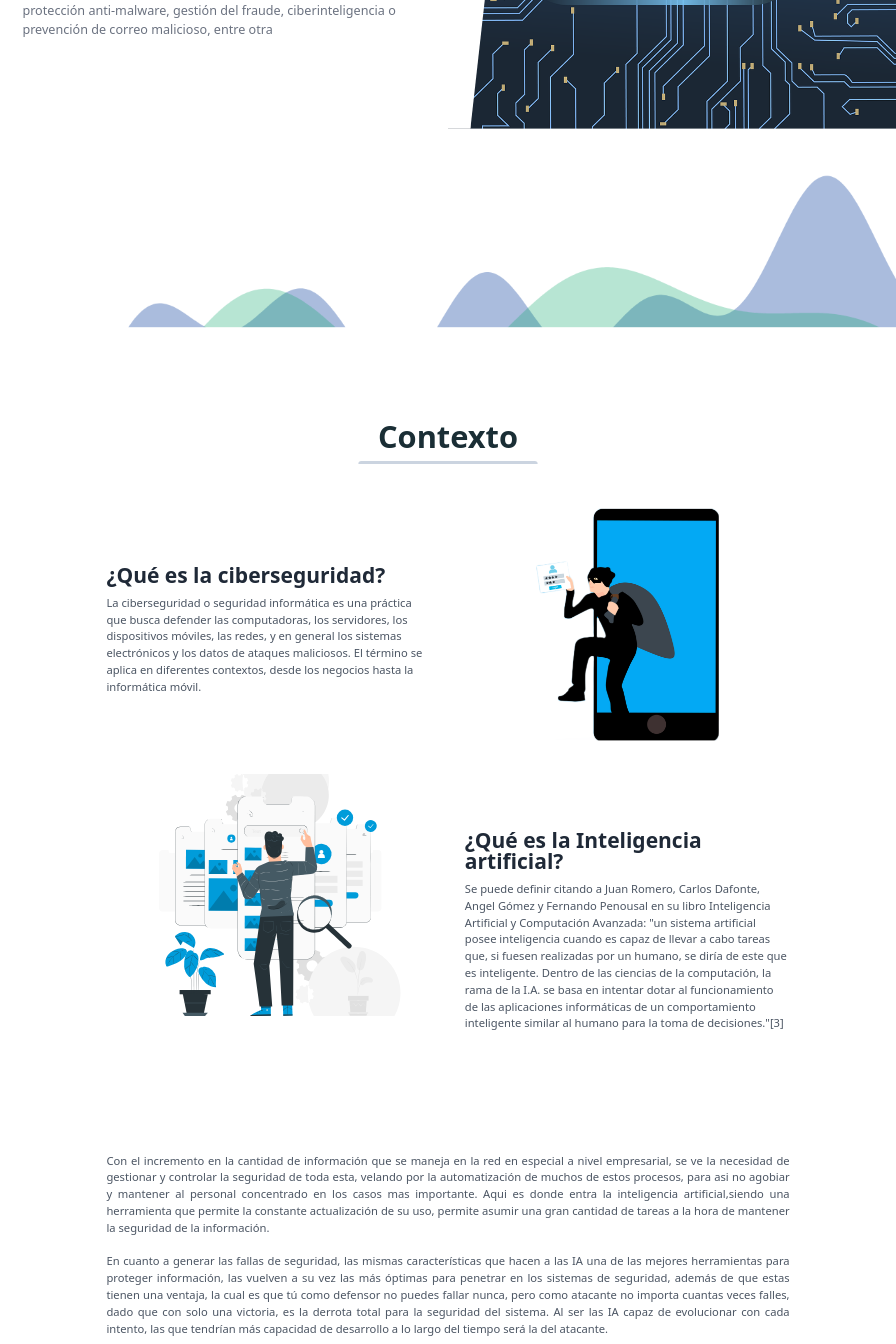
Repository: cardacar/fdi-2022
Page: /
An editor plug-in stored every save of this project. The page is shown before and after the next save, followed by the edit.
The browser window is 1280 px wide. The pictures show the part of the page from y = 674 to 2594 px (the page is 5042 px tall before and 5570 px after), at 70% of full size.
The project was rebuilt for these pictures with package versions that can differ from the ones it lists, and the page was loaded fresh each time. The framework's server and built-in components were replaced by stand-ins that run in the browser. Also part of the build but not shown: next.config.js.

Above is the page before, as saved 2022-08-07 16:22:17.

### src/pages/index.tsx
import React from 'react';

import About from '../components/About';
import Canvas from '../components/Canvas';
import Features from '../components/Features';
import Header from '../components/Header';
import LazyShow from '../components/LazyShow';
import MainHero from '../components/MainHero';
import MainHeroImage from '../components/MainHeroImage';
import Pricing from '../components/Pricing';
import Product from '../components/Product';
import Necesidad from '../components/Necesidad';

const App = () => {
  return (
    <div className={`bg-background grid gap-y-16 overflow-hidden`}>
      <div className={`relative bg-background`}>
        <div className="max-w-7xl mx-auto">
          <div
            className={`relative z-10 pb-8 bg-background sm:pb-16 md:pb-20 lg:max-w-2xl lg:w-full lg:pb-28 xl:pb-32`}
          >
            <Header />
            <MainHero />
          </div>
        </div>
        <MainHeroImage />
      </div>
      <Canvas />
      <LazyShow>
        <>
          <Product />
          <Canvas />
        </>
      </LazyShow>
      <LazyShow>
        <>
          <Features />

        </>
      </LazyShow>
      <LazyShow>
        <>
          <Necesidad />

        </>
      </LazyShow>

      <LazyShow>
        <>
          <Canvas />

        <Pricing />
        </>
      </LazyShow>
      <LazyShow>
        <>
          <About />
        </>
      </LazyShow>
    </div>
  );
};

export default App;

### src/styles/main.css
@tailwind base;
@tailwind components;
@tailwind utilities;


:root {
  --color-primary: #11626D;
  --color-secondary: #1F9BAD;
  --color-tertiaty: #99a0a3;
}

a {
  @apply text-blue-800;
}

a:hover {
  @apply border-b-2 border-blue-900;
}



.content p {
  @apply my-6;
}

.content ul {
  @apply my-6;
}

### src/utils/AppConfig.ts
export const AppConfig = {
  site_name: 'FDICIA',
  title: 'Cómo influye la Inteligencia Artificial a la ciberseguridad en las empresas Colombianas',
  description: '',
  locale: 'es',
};

### src/components/About.tsx
import React from 'react';

import config from '../config/index.json';

const About = () => {
  const { company } = config;
  const { logo, name: companyName } = company;


  return (
    <div
      id="about"
      className="mx-auto container xl:px-20 lg:px-12 sm:px-6 px-4 py-12"
    >
      <div className="flex flex-col items-center justify-center">
        <div>
          <img src={logo} alt={companyName} className="w-16 h-16" style={{color: 'red'}}/>
        </div>
        <div className="flex items-center mt-6">
          <p className="mt-6 text-xs lg:text-sm leading-none text-gray-900 dark:text-gray-50">
            &copy; {new Date().getFullYear()} Diseñado por{' '}
            <a href="#" rel="nofollow">
              Equipo de Fundamentos de investigación
            </a>
          </p>
        </div>
      </div>
    </div>
  );
};
export default About;

### src/components/Canvas.tsx
import { useRef, FC, useEffect, useState } from 'react';

import { CanvasContext } from '../hooks/useCanvas';
import useResponsiveSize from '../hooks/useResponsiveSize';
import Wave from './Wave';

const Canvas: FC = () => {
  const canvasRef = useRef<HTMLCanvasElement>(null);
  const { width } = useResponsiveSize();
  const [context, setContext] = useState<
    CanvasRenderingContext2D | undefined
  >();

  useEffect(() => {
    const ctx = canvasRef?.current?.getContext('2d');
    if (ctx) setContext(ctx);
  }, []);

  return (
    <>
      <CanvasContext.Provider value={{ context }}>
        <canvas id="canvas" ref={canvasRef} width={width} height={220}></canvas>
        <Wave />
      </CanvasContext.Provider>
    </>
  );
};

export default Canvas;

### src/components/Features.tsx
import React from 'react';

import config from '../config/index.json';

const Features = () => {
  const { features } = config;
  const { title, subtitle, description, items: featuresList } = features;
  return (
    <div className={`py-12 bg-background`} id="features">
      <div className="max-w-7xl mx-auto px-4 sm:px-6 lg:px-8">
        <div className="lg:text-center">
          <h2
            className={`text-base text-primary font-semibold tracking-wide uppercase`}
          >
            {title}
          </h2>
          <p className="mt-2 text-3xl leading-8 font-extrabold tracking-tight text-gray-900 sm:text-4xl">
            {subtitle}
          </p>
          <p className="mt-4 max-w-2xl text-xl text-gray-500 lg:mx-auto">
            {description}
          </p>
        </div>

        <div className="mt-10">
          <dl className="space-y-10 md:space-y-0 md:grid md:grid-cols-2 md:gap-x-8 md:gap-y-10">
            {featuresList.map((feature) => (
              <div key={feature.name} className="relative">
                <dt>
                  <div
                    className={`absolute flex items-center justify-center h-12 w-12 rounded-md bg-background text-tertiary border-primary border-4`}
                  >
                    <img
                      className={`inline-block h-6 w-6`}
                      src={feature.icon}
                      alt={feature.name}
                    />
                  </div>
                  <p className="ml-16 text-lg leading-6 font-medium text-gray-900">
                    {feature.name}
                  </p>
                </dt>
                <dd className="mt-2 ml-16 text-base text-gray-500">
                  {feature.description}
                </dd>
              </div>
            ))}
          </dl>
        </div>
      </div>
    </div>
  );
};

export default Features;

### src/components/Header.tsx
import React, { Fragment } from 'react';

import { Popover, Transition } from '@headlessui/react';
import { MenuIcon, XIcon } from '@heroicons/react/outline';
import { Link } from 'react-scroll';

import config from '../config/index.json';

const Menu = () => {
  const { navigation, company } = config;
  const { name: companyName, logo } = company;

  return (
    <>
      <svg
        className={`hidden lg:block absolute right-0 inset-y-0 h-full w-48 text-background transform translate-x-1/2`}
        fill="currentColor"
        viewBox="0 0 100 100"
        preserveAspectRatio="none"
        aria-hidden="true"
      >
        <polygon points="50,0 100,0 50,100 0,100" />
      </svg>

      <Popover>
        <div className="relative pt-6 px-4 sm:px-6 lg:px-8">
          <nav
            className="relative flex items-center justify-between sm:h-10 lg:justify-start"
            aria-label="Global"
          >
            <div className="flex items-center flex-grow flex-shrink-0 lg:flex-grow-0">
              <div className="flex items-center justify-between w-full md:w-auto">
                <a href="#">
                  <span className="sr-only">{companyName}</span>
                  <img alt="logo" className="h-16 w-auto sm:h-16" src={logo} />
                </a>
                <div className="-mr-2 flex items-center md:hidden">
                  <Popover.Button
                    className={`bg-background rounded-md p-2 inline-flex items-center justify-center text-gray-400 hover:text-gray-500 hover:bg-gray-100 focus:outline-none focus:ring-2 focus:ring-inset focus:ring-secondary`}
                  >
                    <span className="sr-only">Open main menu</span>
                    <MenuIcon className="h-6 w-6" aria-hidden="true" />
                  </Popover.Button>
                </div>
              </div>
            </div>
            <div className="hidden md:block md:ml-10 md:pr-4 md:space-x-8">
              {navigation.map((item) => (
                <Link
                  spy={true}
                  active="active"
                  smooth={true}
                  duration={1000}
                  key={item.name}
                  to={item.href}
                  className="font-medium text-gray-500 hover:text-gray-900"
                >
                  {item.name}
                </Link>
              ))}
            </div>
          </nav>
        </div>

        <Transition
          as={Fragment}
          enter="duration-150 ease-out"
          enterFrom="opacity-0 scale-95"
          enterTo="opacity-100 scale-100"
          leave="duration-100 ease-in"
          leaveFrom="opacity-100 scale-100"
          leaveTo="opacity-0 scale-95"
        >
          <Popover.Panel
            focus
            className="absolute z-10 top-0 inset-x-0 p-2 transition transform origin-top-right md:hidden"
          >
            <div
              className={`rounded-lg shadow-md bg-background ring-1 ring-black ring-opacity-5 overflow-hidden`}
            >
              <div className="px-5 pt-4 flex items-center justify-between">
                <div>
                  <img className="h-8 w-auto" src={logo} alt="" />
                </div>
                <div className="-mr-2">
                  <Popover.Button
                    className={`bg-background rounded-md p-2 inline-flex items-center justify-center text-gray-400 hover:text-gray-500 hover:bg-gray-100 focus:outline-none focus:ring-2 focus:ring-inset focus:ring-secondary`}
                  >
                    <span className="sr-only">Close main menu</span>
                    <XIcon className="h-6 w-6" aria-hidden="true" />
                  </Popover.Button>
                </div>
              </div>
              <div className="px-2 pt-2 pb-3 space-y-1">
                {navigation.map((item) => (
                  <Link
                    spy={true}
                    active="active"
                    smooth={true}
                    duration={1000}
                    key={item.name}
                    to={item.href}
                    className="block px-3 py-2 rounded-md text-base font-medium text-gray-700 hover:text-gray-900 hover:bg-gray-50"
                  >
                    {item.name}
                  </Link>
                ))}
              </div>

            </div>
          </Popover.Panel>
        </Transition>
      </Popover>
    </>
  );
};

export default Menu;

### src/components/LazyShow.tsx
import React, { MutableRefObject, useEffect, useRef, useState } from 'react';

import { motion, useAnimation } from 'framer-motion';

function useOnScreen(
  ref: MutableRefObject<HTMLDivElement | null>,
  rootMargin = '0px'
) {
  const [isIntersecting, setIntersecting] = useState(false);

  useEffect(() => {
    let currentRef: any = null;
    const observer = new IntersectionObserver(
      ([entry]) => {
        if (entry?.isIntersecting) setIntersecting(entry?.isIntersecting);
      },
      {
        rootMargin,
      }
    );
    if (ref && ref?.current) {
      currentRef = ref.current;
      observer.observe(currentRef);
    }
    return () => {
      observer.unobserve(currentRef);
    };
  }, [ref, rootMargin]); // Empty array ensures that effect is only run on mount and unmount

  return isIntersecting;
}

const LazyShow = ({ children }: { children: React.ReactChild }) => {
  const controls = useAnimation();
  const rootRef = useRef<HTMLDivElement>(null);
  const onScreen = useOnScreen(rootRef);
  useEffect(() => {
    if (onScreen) {
      controls.start({
        x: 0,
        opacity: 1,
        transition: {
          duration: 0.5,
          ease: 'easeOut',
        },
      });
    }
  }, [onScreen, controls]);
  return (
    <motion.div
      className="lazy-div"
      ref={rootRef}
      initial={{ opacity: 0, x: -50 }}
      animate={controls}
    >
      {children}
    </motion.div>
  );
};

export default LazyShow;

### src/components/MainHero.tsx
import React from 'react';

import config from '../config/index.json';

const MainHero = () => {
  const { mainHero } = config;
  return (
    <main className="mt-10 mx-auto max-w-7xl px-4 sm:mt-12 sm:px-6 md:mt-16 lg:mt-20 lg:px-8 xl:mt-28">
      <div className="sm:text-center lg:text-left">
        <h1 className="text-4xl tracking-tight font-extrabold text-gray-900 sm:text-5xl md:text-6xl">
          <span className="block xl:inline">{mainHero.title}</span>{' '}
          <span className={`block text-primary xl:inline`}>
            {mainHero.subtitle}
          </span>
        </h1>
        <p className="mt-3 text-base text-gray-500 sm:mt-5 sm:text-lg sm:max-w-xl sm:mx-auto md:mt-5 md:text-xl lg:mx-0">
          {mainHero.description}
        </p>
      </div>
    </main>
  );
};

export default MainHero;

### src/components/Product.tsx
import React from "react";

import config from "../config/index.json";
import Divider from "./Divider";

const Product = () => {
  const { product } = config;
  const [firstItem, secondItem] = product.items;

  return (
    <section className={`bg-background py-8`} id="product">
      <div className={`container max-w-5xl mx-auto m-8`}>
        <h1
          className={`w-full my-2 text-5xl font-bold leading-tight text-center text-primary`}
        >
          {product.title.split(" ").map((word, index) => (
            <span
              key={index}
              className={index % 2 ? "text-primary" : "text-border"}
            >
              {word}{" "}
            </span>
          ))}
        </h1>
        <Divider />
        <div className={`flex flex-wrap`}>
          <div className={`w-5/6 sm:w-1/2 p-6 mt-20`}>
            <h3
              className={`text-3xl text-gray-800 font-bold leading-none mb-3`}
            >
              {firstItem?.title}
            </h3>
            <p className={`text-gray-600`}>{firstItem?.description}</p>
          </div>
          <div className={`w-full sm:w-1/2 p-6`}>
            <img
              className="h-6/6"
              src={firstItem?.img}
              alt={firstItem?.title}
            />
          </div>
        </div>
        <div className={`flex flex-wrap flex-col-reverse sm:flex-row`}>
          <div className={`w-full sm:w-1/2 p-6`}>
            <img
              className="h-6/6"
              src={secondItem?.img}
              alt={secondItem?.title}
            />
          </div>
          <div className={`w-full sm:w-1/2 p-6 mt-20`}>
            <div className={`align-middle`}>
              <h3
                className={`text-3xl text-gray-800 font-bold leading-none mb-3`}
              >
                {secondItem?.title}
              </h3>
              <p className={`text-gray-600 mb-8`}>{secondItem?.description}</p>
            </div>
          </div>
          <div className={`w-full p-6 mt-20 text-center`}>
            <div className={`align-middle`}>
              <h3
                className={`text-3xl text-gray-800 font-bold leading-none mb-3`}
              >
              </h3>
              <p className={`text-gray-600 mb-8 text-justify`}>
                Con el incremento en la cantidad de información que se maneja en
                la red en especial a nivel empresarial, se ve la necesidad de
                gestionar y controlar la seguridad de toda esta, velando por la
                automatización de muchos de estos procesos, para asi no agobiar
                y mantener al personal concentrado en los casos mas importante.
                Aqui es donde entra la inteligencia artificial,siendo una
                herramienta que permite la constante actualización de su uso,
                permite asumir una gran cantidad de tareas a la hora de mantener
                la seguridad de la información.<br></br><br></br> En cuanto a generar las fallas
                de seguridad, las mismas características que hacen a las IA una
                de las mejores herramientas para proteger información, las
                vuelven a su vez las más óptimas para penetrar en los sistemas
                de seguridad, además de que estas tienen una ventaja, la cual es
                que tú como defensor no puedes fallar nunca, pero como atacante
                no importa cuantas veces falles, dado que con solo una victoria,
                es la derrota total para la seguridad del sistema. Al ser las IA
                capaz de evolucionar con cada intento, las que tendrían más
                capacidad de desarrollo a lo largo del tiempo será la del
                atacante.
              </p>
            </div>
          </div>
        </div>
      </div>
    </section>
  );
};

export default Product;

### src/components/Necesidad.tsx
import React from 'react';

import config from '../config/index.json';

const Necesidad = () => {
  const { Necesidad } = config;
  const { title, subtitle, description, items: featuresList } = Necesidad;
  return (
    <div className={`py-12 bg-background`} id="necesidad">
      <div className="max-w-7xl mx-auto px-4 sm:px-6 lg:px-8">
        <div className="lg:text-center">
          <h2
            className={`text-base text-primary font-semibold tracking-wide uppercase`}
          >
            {title}
          </h2>
          <p className="mt-2 text-3xl leading-8 font-extrabold tracking-tight text-gray-900 sm:text-4xl">
            {subtitle}
          </p>
          <p className="mt-4 max-w-2xl text-xl text-gray-500 lg:mx-auto">
            {description}
          </p>
        </div>

        <div className="mt-10">
          <dl className="space-y-10 md:space-y-0 md:grid md:grid-cols-2 md:gap-x-8 md:gap-y-10">
            {featuresList.map((feature) => (
              <div key={feature.name} className="relative">
                <dt>
                  <p className="ml-16 text-lg leading-6 font-medium text-gray-900">
                    {feature.name}
                  </p>
                </dt>
                <dd className="mt-2 ml-16 text-base text-gray-500">
                  {feature.description}
                </dd>
              </div>
            ))}
          </dl>
        </div>
      </div>
    </div>
  );
};

export default Necesidad;

### src/components/Wave.tsx
import { FC } from 'react';

import { useCanvasContext } from '../hooks/useCanvas';
import useResponsiveSize from '../hooks/useResponsiveSize';
import WaveObj from '../utils/wave';

const Wave: FC = () => {
  const { context } = useCanvasContext();
  const { width } = useResponsiveSize();
  const height = 600;
  let frequency = 0.013;
  const waves = {
    frontWave: new WaveObj([0.0211, 0.028, 0.015], 'rgb(44, 89, 171, 0.4)'),
    backWave: new WaveObj([0.0122, 0.018, 0.005], 'rgb(17, 169, 111, 0.3)'),
  };

  const render = () => {
    context?.clearRect(0, 0, width, height);
    Object.entries(waves).forEach(([, wave]) => {
      wave.draw(context!, width, height, frequency);
    });
    frequency += 0.013;
    requestAnimationFrame(render);
  };
  if (context) render();
  return null;
};

export default Wave;

### src/components/Problema.tsx
import React from 'react';

import config from '../config/index.json';

const Problema = () => {
  const { features } = config;
  const { title, subtitle, description, items: featuresList } = features;
  return (
    <div className={`py-12 bg-background`} id="problema">
      <div className="max-w-7xl mx-auto px-4 sm:px-6 lg:px-8">
        <div className="lg:text-center">
          <h2
            className={`text-base text-primary font-semibold tracking-wide uppercase`}
          >
            {title}
          </h2>
          <p className="mt-2 text-3xl leading-8 font-extrabold tracking-tight text-gray-900 sm:text-4xl">
            {subtitle}
          </p>
          <p className="mt-4 max-w-2xl text-xl text-gray-500 lg:mx-auto">
            {description}
          </p>
        </div>

        <div className="mt-10">
          <dl className="space-y-10 md:space-y-0 md:grid md:grid-cols-2 md:gap-x-8 md:gap-y-10">
            {featuresList.map((feature) => (
              <div key={feature.name} className="relative">
                <dt>
                  <div
                    className={`absolute flex items-center justify-center h-12 w-12 rounded-md bg-background text-tertiary border-primary border-4`}
                  >
                    <img
                      className={`inline-block h-6 w-6`}
                      src={feature.icon}
                      alt={feature.name}
                    />
                  </div>
                  <p className="ml-16 text-lg leading-6 font-medium text-gray-900">
                    {feature.name}
                  </p>
                </dt>
                <dd className="mt-2 ml-16 text-base text-gray-500">
                  {feature.description}
                </dd>
              </div>
            ))}
          </dl>
        </div>
      </div>
    </div>
  );
};

export default Problema;

Loaded but not shown: src/pages/_app.tsx (common file); src/pages/_document.tsx (common file); src/components/MainHeroImage.tsx (common file); src/hooks/useCanvas.ts (common file); src/hooks/useResponsiveSize.ts (common file); src/components/Divider.tsx (common file); src/utils/wave.ts (common file); src/config/index.json (130 lines, source omitted); tailwind.config.js (46 lines, source omitted); src/components/Pricing.tsx (156 lines, source omitted)

After the next save:
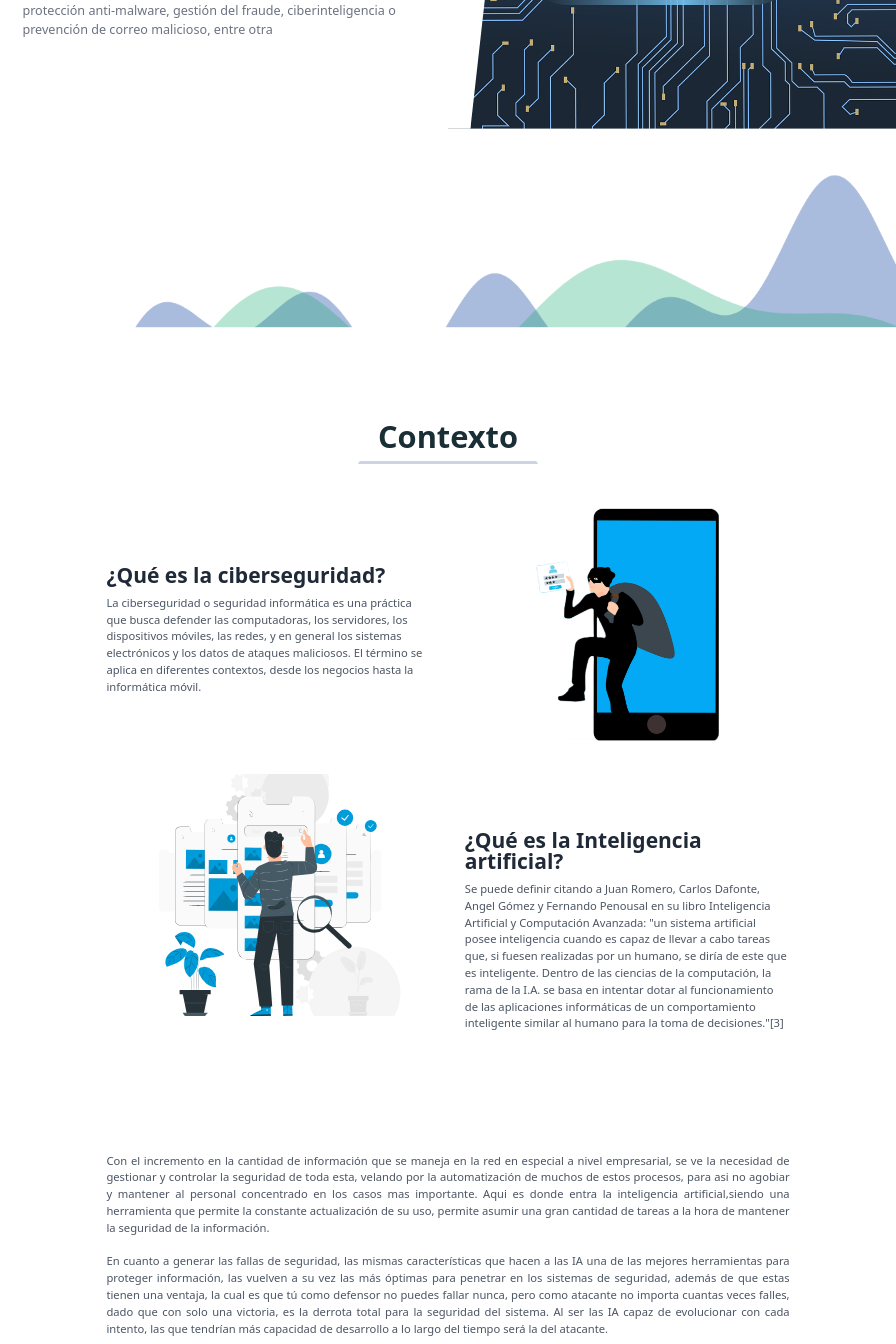
Saved 43 s later.
--- a/src/pages/index.tsx
+++ b/src/pages/index.tsx
@@ -10,6 +10,7 @@ import MainHeroImage from '../components/MainHeroImage';
 import Pricing from '../components/Pricing';
 import Product from '../components/Product';
 import Necesidad from '../components/Necesidad';
+import Problema from '../components/Problema';
 
 const App = () => {
   return (
@@ -51,6 +52,14 @@ const App = () => {
 
         <Pricing />
         </>
+
+      </LazyShow>
+      <LazyShow>
+        <>
+
+        <Problema />
+        </>
+
       </LazyShow>
       <LazyShow>
         <>
